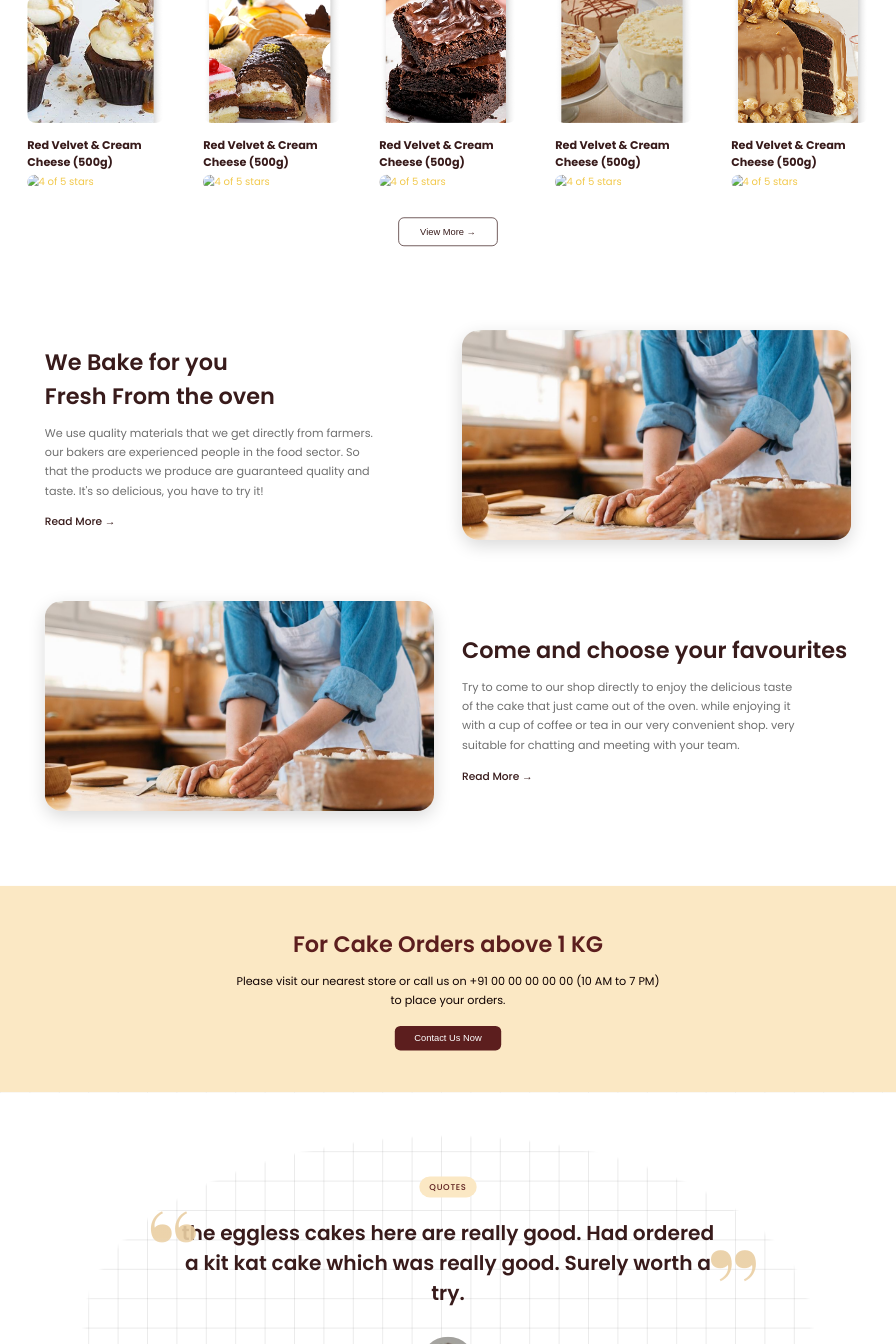
Repository: josegabrielzevallos/chocobrat-bakery-website
Page: index.html
An editor plug-in stored every save of this project. The page is shown before and after the next save, followed by the edit.
The browser window is 1280 px wide. The pictures show the part of the page from y = 681 to 2601 px (the page is 3116 px tall before and 3145 px after), at 70% of full size.

Above is the page before, as saved 2025-11-20 20:05:25.
Not found: asset/icons/ic-4of5stars.jpg

After the next save:
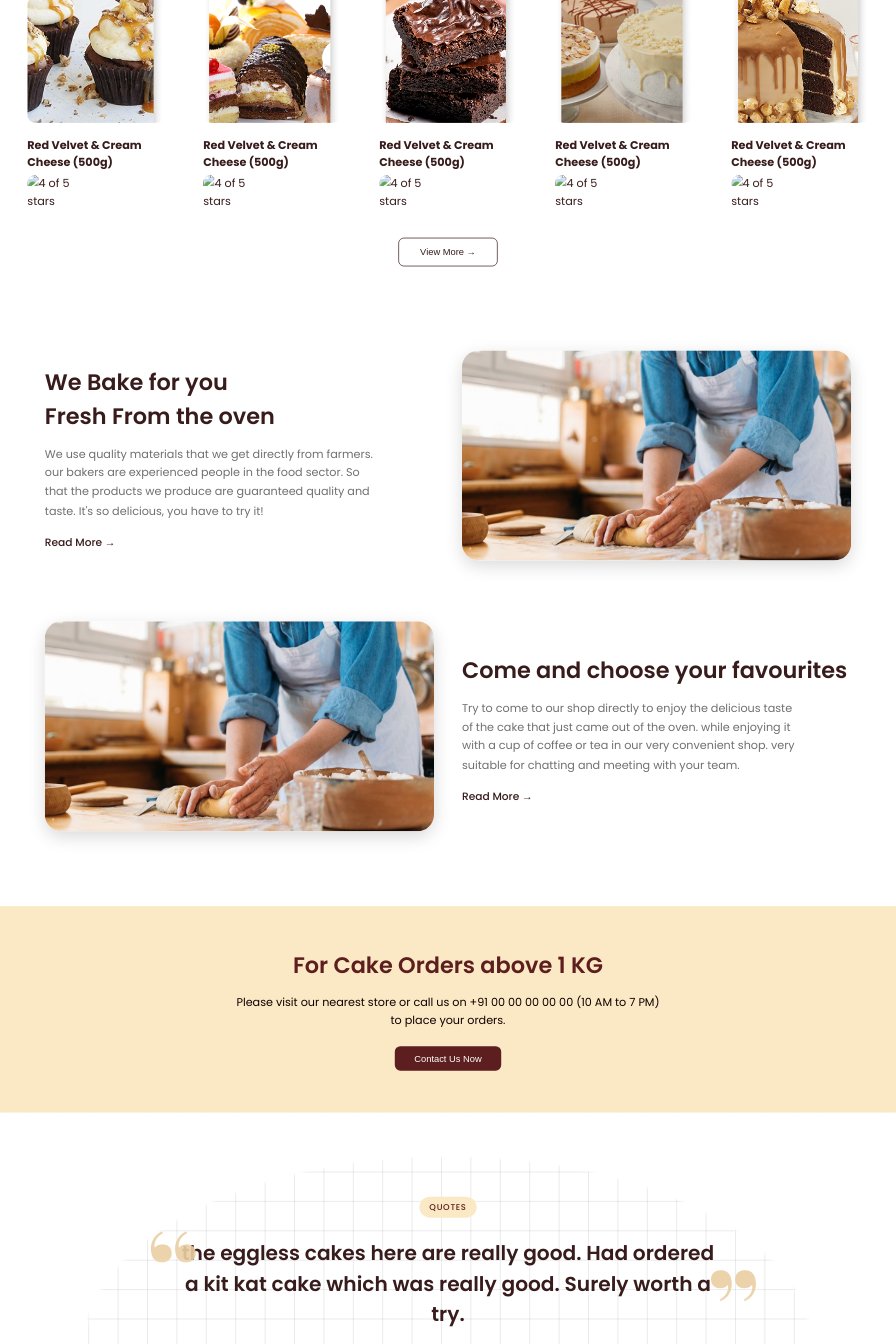
Saved 3 s later.
--- a/styles.css
+++ b/styles.css
@@ -261,8 +261,13 @@ header {
 }
 
 .rating {
-    color: #F2C94C;
-    font-size: 0.9rem;
+    display: flex;
+    align-items: center;
+}
+
+.rating img {
+    width: 90px;
+    height: auto;
 }
 
 .rating span {
